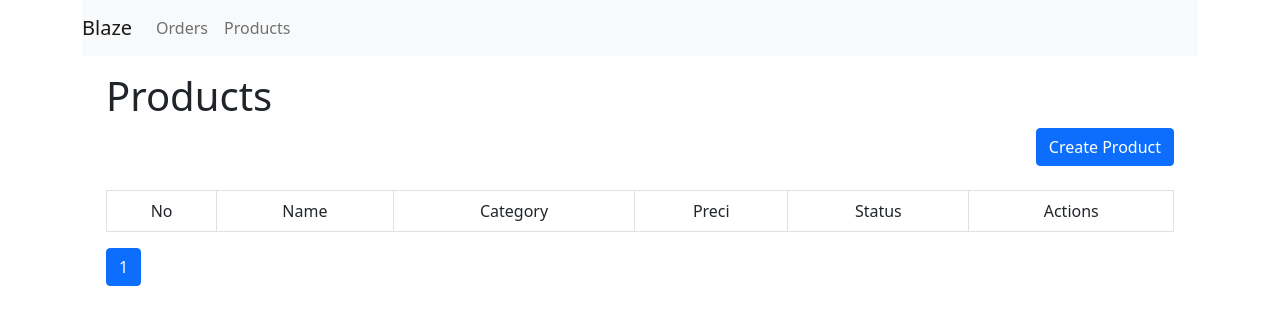
Repository: Isamae/Fractal
Page: /products (app in frond/)
These files come from the project's save history. The page is drawn as it stood at one moment and after the next save; the edit follows.
The browser window is 1280 px wide. The pictures show the whole page.
The page's requests for data from a server got no answer. The project was rebuilt for these pictures with package versions that can differ from the ones it lists, and the page was loaded fresh each time. No one was signed in, and anything a server would have sent is missing. Also part of the build but not shown: frond/src/App.css, frond/src/components/OrderComponent.js, frond/src/components/AddProductComponent.js, frond/src/components/AddOrderComponent.js, frond/src/components/EditProductComponent.js.

Above is the page before, as saved 2021-09-17 17:46:57.

After the next save:
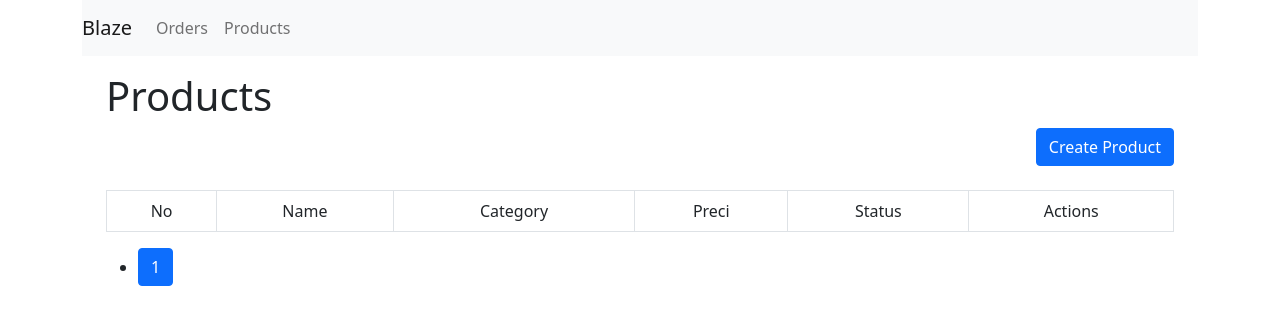
Saved 69 s later.
--- a/frond/src/components/ProductComponent.js
+++ b/frond/src/components/ProductComponent.js
@@ -115,7 +115,7 @@
                     </div>
                 </div>
                 <nav className="d-flex justify-content-right">
-                    <ul className="pagination">
+                    <ul className="">
                         {
                             this.state.pages.map((page) => (
                                 <li

After the 4 saves that followed:
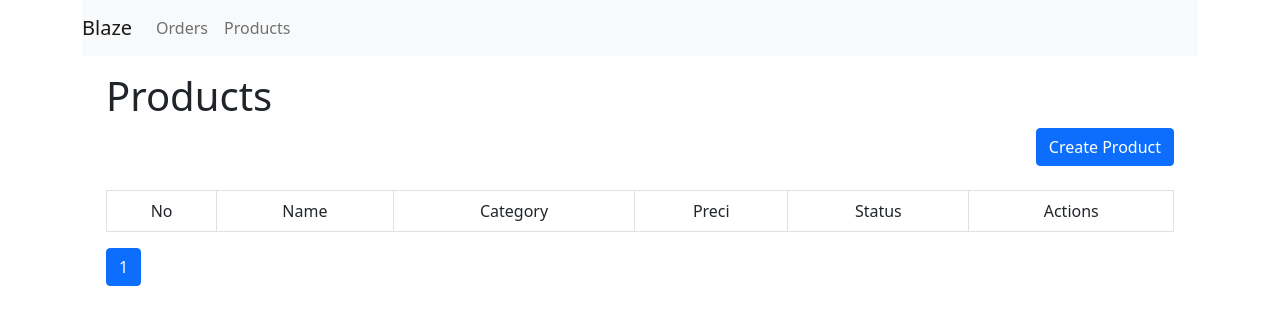
The 4 saves are shown as one change because 1 did not build or start and 2 left the picture as it was.
The last was saved 3 min 2 s later.
--- a/frond/src/components/ProductComponent.js
+++ b/frond/src/components/ProductComponent.js
@@ -27,12 +27,13 @@
             response => {
                 this.setState({
                     products: response.data,
-                    pageCount : this.state.products? Math.ceil(this.state.products.length)/this.state.pageSize: 0}
+                    }
                 ) ;
+                this.state.pageCount = this.state.products? Math.ceil(this.state.products.length)/this.state.pageSize: 0;
                 if(this.state.pageCount!==1){
-                    this.setState({
-                        pages : _.range(1,this.state.pageCount+1)
-                    })
+
+                        this.state.pages = _.range(1,this.state.pageCount+1);
+
                 }
                 this.setpaginatedProduct(this.state.products, 0);
                 this.setCurrentPage(1);
@@ -115,7 +116,7 @@
                     </div>
                 </div>
                 <nav className="d-flex justify-content-right">
-                    <ul className="">
+                    <ul className="pagination">
                         {
                             this.state.pages.map((page) => (
                                 <li
